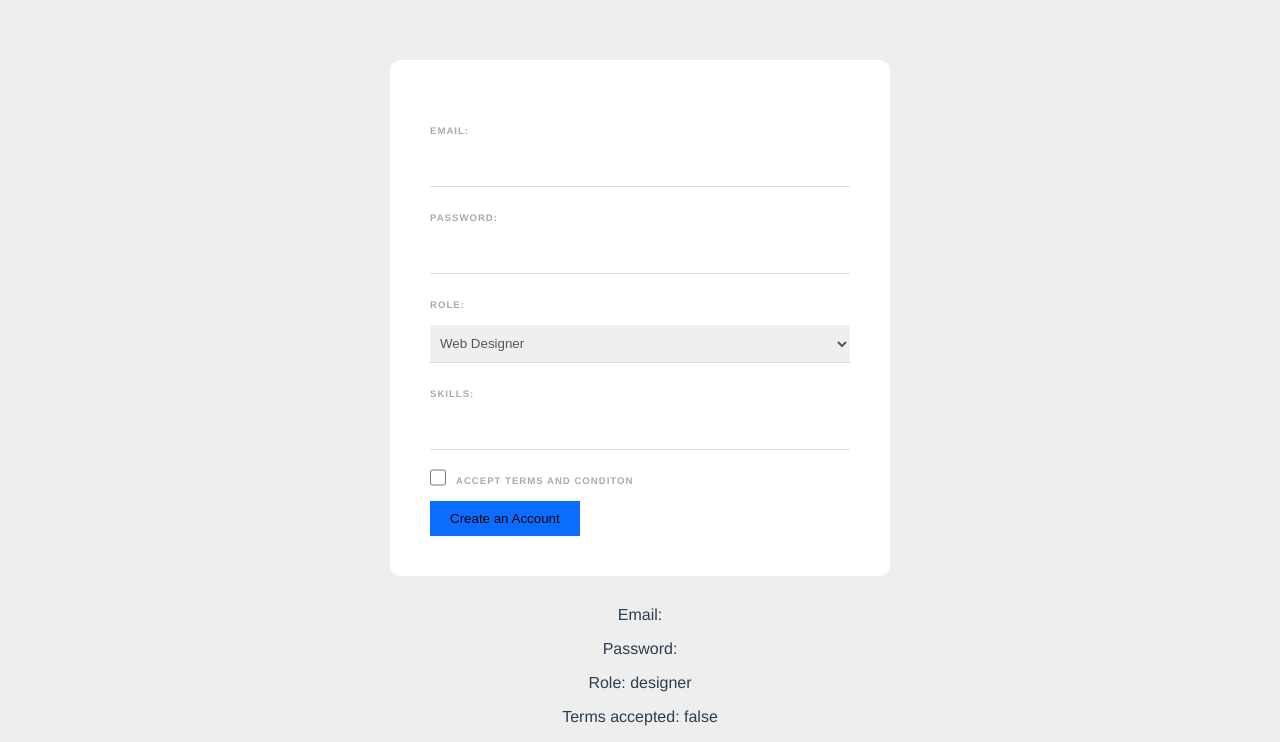
Repository: pin-seavmuy/Vue-Js
Page: /
An editor plug-in stored every save of this project. The page is shown before and after a run of saves, followed by the edit.
The browser window is 1280 px wide. The pictures show the whole page.
The project was rebuilt for these pictures with package versions that can differ from the ones it lists, and the page was loaded fresh each time. Also part of the build but not shown: vue.config.js.

Above is the page before, as saved 2023-11-16 23:44:12.

### src/App.vue
<template>
  <SignupForm/>
</template>

<script>
import SignupForm from './components/SignupForm.vue'

export default {
  name: 'App',
  components: {
    SignupForm
  }
}
</script>

<style>
#app {
  font-family: Avenir, Helvetica, Arial, sans-serif;
  -webkit-font-smoothing: antialiased;
  -moz-osx-font-smoothing: grayscale;
  text-align: center;
  color: #2c3e50;
  margin-top: 60px;
}
body{
  margin: 0;
  background: #eee;

}
</style>

### src/components/SignupForm.vue
<template>
  <form>
    <label>Email:</label>
    <input type="email" required v-model="email">

    <label>Password:</label>
    <input type="password" required v-model="password">

        <label>Role:</label>
        <select v-model="role">
            <option value="developer">Web Developer</option>
            <option value="designer">Web Designer</option>
        </select>

        <label>Skills:</label>
        <input type="text" v-model="tempSkill" @keyup.alt="addSkill">
        <div v-for="skill in skills" :key="skill" class="pill">
            <span @click="deleteSkill(skill)"> {{ skill}}</span>
        </div>

        <div class="terms">
            <input type="checkbox" required v-model="terms">
            <label>Accept terms and conditon</label>
        </div>

        <div class="submit">
            <button>Create an Account</button>
        </div>

        <!-- <div>
            <input type="checkbox" value="shaun" v-model="names">
            <label>Shaun</label>
        </div>
        <div>
            <input type="checkbox" value="yoshi" v-model="names">
            <label>Yoshi</label>
        </div>
        <div>
            <input type="checkbox" value="mario" v-model="names">
            <label>Mario</label>
        </div> -->
  </form>

  <p>Email: {{ email }}</p>
  <p>Password: {{ password }}</p>
  <p>Role: {{ role}}</p>
  <p>Terms accepted: {{terms}}</p>
  <!-- <p>Names: {{names}}</p> -->
</template>

<script>
export default {
    data(){
        return{
            email: '',
            password: '',
            role: 'designer',
            terms: false,
            // names: [],
            tempSkill: [],
            skills: []
        }
    },
    components: [],
    methods: {
        addSkill(e){
            // console.log(e)
            if (e.key === ',' && this.tempSkill){
                if (!this.skills.includes(this.tempSkill)){
                    this.skills.push(this.tempSkill)
                }
                this.tempSkill = ''
            }
        },
        deleteSkill(skill){
            this.skills = this.skills.filter((item) => {
                return skill !== item
            })
        }
    }
}
</script>

<style>
    form{
        max-width: 420px;
        margin: 30px auto;
        background: #fff;
        text-align: left;
        padding: 40px;
        border-radius: 10px;
    }
    label{
        color: #aaa;
        display: flex;
        margin: 25px 0 15px;
        font-size: 0.6em;
        text-transform: uppercase;
        letter-spacing: 1px;
        font-weight: bold;
    }
    input, select{
        display: block;
        padding: 10px 6px;
        width: 100%;
        box-sizing: border-box;
        border: none;
        border-bottom: 1px solid #ddd;
        color: #555;
    }
    input[type="checkbox"]{
        display: inline-block;
        width: 16px;
        margin: 0 10px 0 0;
        position: relative;
        top: 2px;
    }
    .terms{
        display: flex
    }
    .pill{
        display: inline-block;
        margin: 20px 10px 0 0;
        padding: 6px 12px;
        background: #eee;
        border-radius: 20px;
        font-size: 12px;
        letter-spacing: 1px;
        font-weight: bold;
        color: #777;
        cursor: pointer;
    }
    button{
        background: #0b6dff;
        border: 0;
        padding: 10px 20px;

    }
</style>

Loaded but not shown: public/index.html (common file); src/main.js (common file)

After the next 6 saves:
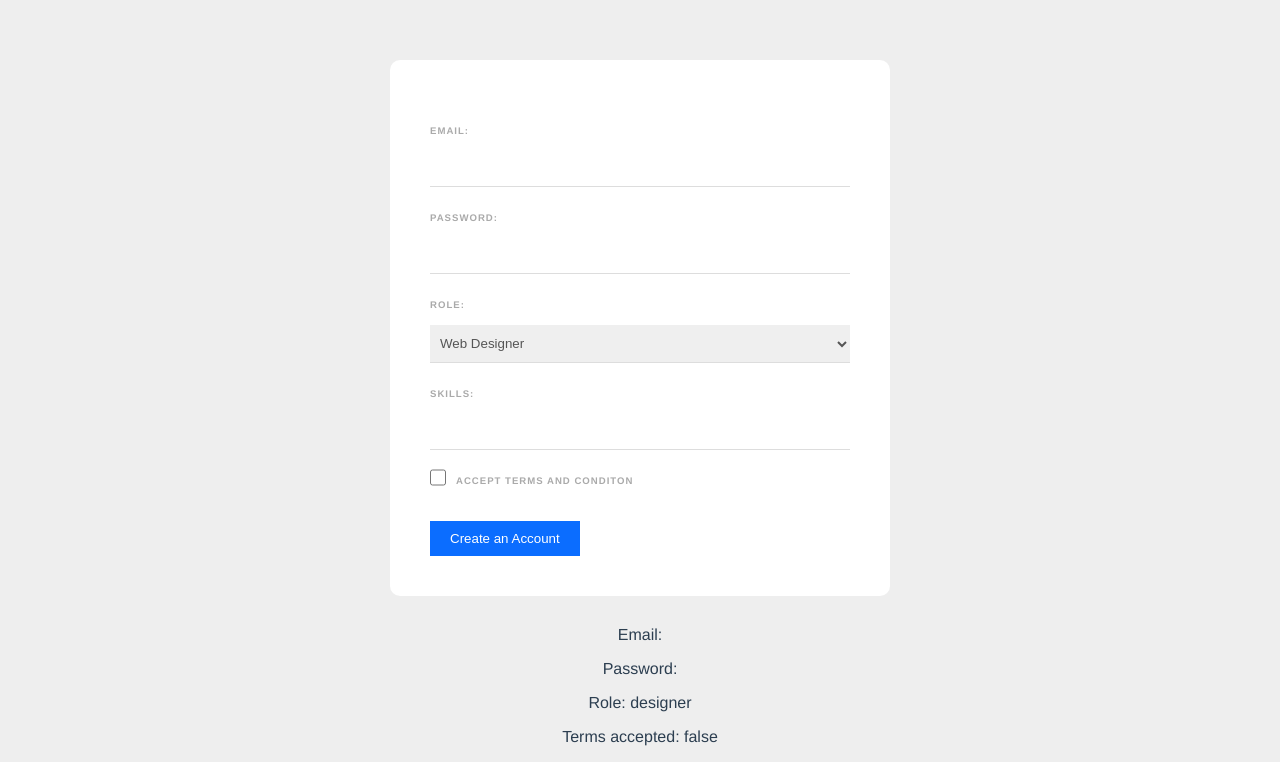
The 6 saves are shown as one change because they came seconds apart.
The last was saved 19 s later.
--- a/src/components/SignupForm.vue
+++ b/src/components/SignupForm.vue
@@ -134,6 +134,8 @@ export default {
         background: #0b6dff;
         border: 0;
         padding: 10px 20px;
+        margin-top: 20px;
+        color: #fff;
 
     }
 </style>
